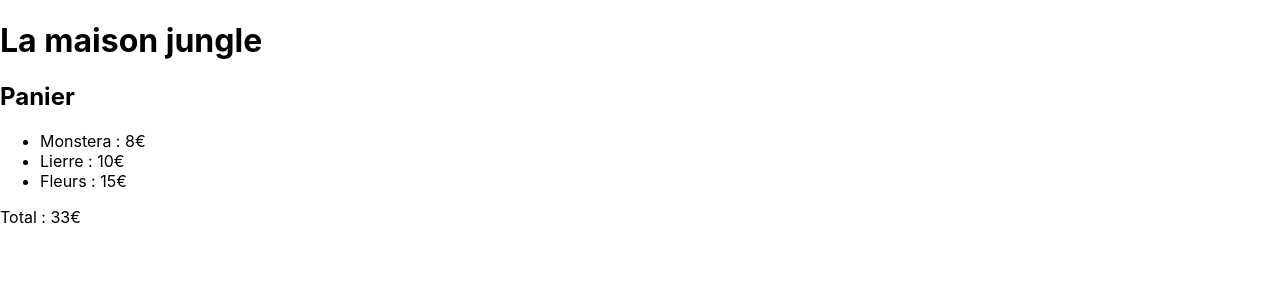
Repository: massndongo/la-maison-junglee
Page: /
The author's editor kept a copy of each file at every save. The page is drawn from the files as they stood at one save, then again after the next save.
The browser window is 1280 px wide. The pictures show the whole page.
The project was rebuilt for these pictures with package versions that can differ from the ones it lists, and the page was loaded fresh each time.

Above is the page before, as saved 2023-03-23 15:50:58.

### src/components/App.js
import Banner from './Banner'
import Cart from './Cart'

function App() {
    return <div><Banner /><Cart /></div>
}

export default App

### src/components/Banner.js
function Banner() {
    return <h1>La maison jungle</h1>
}

export default Banner

### src/components/Cart.js
function Cart() {
    const monsteraPrice = 8
    const ivyPrice = 10
    const flowerPrice = 15
    return (<div>
        <h2>Panier</h2>
        <ul>
        <li>Monstera : {monsteraPrice}€</li>
         <li>Lierre : {ivyPrice}€</li>
         <li>Fleurs : {flowerPrice}€</li>
        </ul>
          Total : {monsteraPrice + ivyPrice + flowerPrice }€
          </div>)
    }

export default Cart

Loaded but not shown: public/index.html (common file); src/index.js (common file); src/styles/index.css (common file); src/reportWebVitals.js (common file)

After the next save:
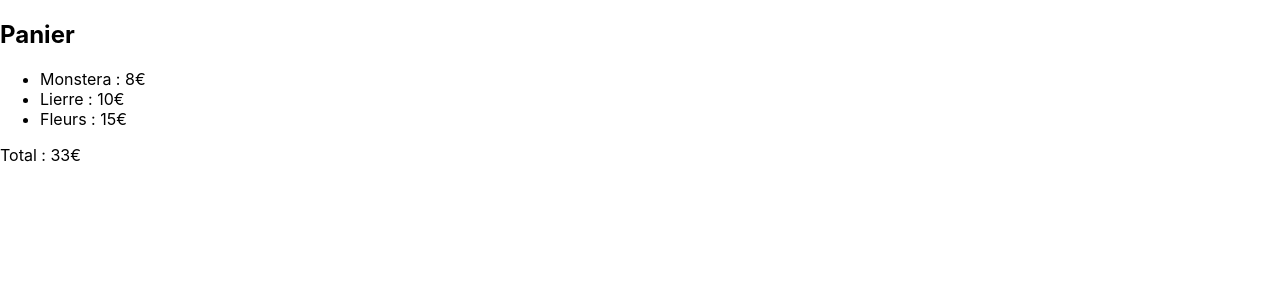
Saved 47 s later.
--- a/src/components/Banner.js
+++ b/src/components/Banner.js
@@ -1,5 +1,5 @@
 function Banner() {
-    return <h1>La maison jungle</h1>
+    return
 }
 
 export default Banner

After the 5 saves that followed:
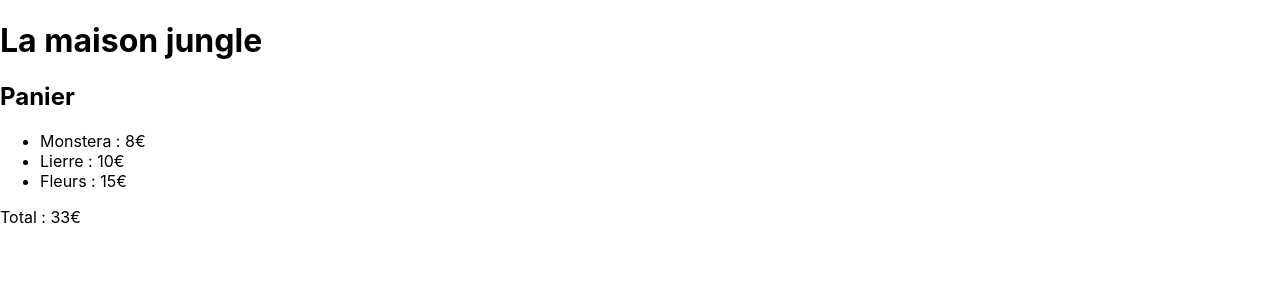
The 5 saves are shown as one change because they came seconds apart.
The last was saved 12 s later.
--- a/src/components/Banner.js
+++ b/src/components/Banner.js
@@ -1,5 +1,7 @@
 function Banner() {
-    return
+    return <div >
+        <h1>La maison jungle</h1>
+    </div>
 }
 
 export default Banner
